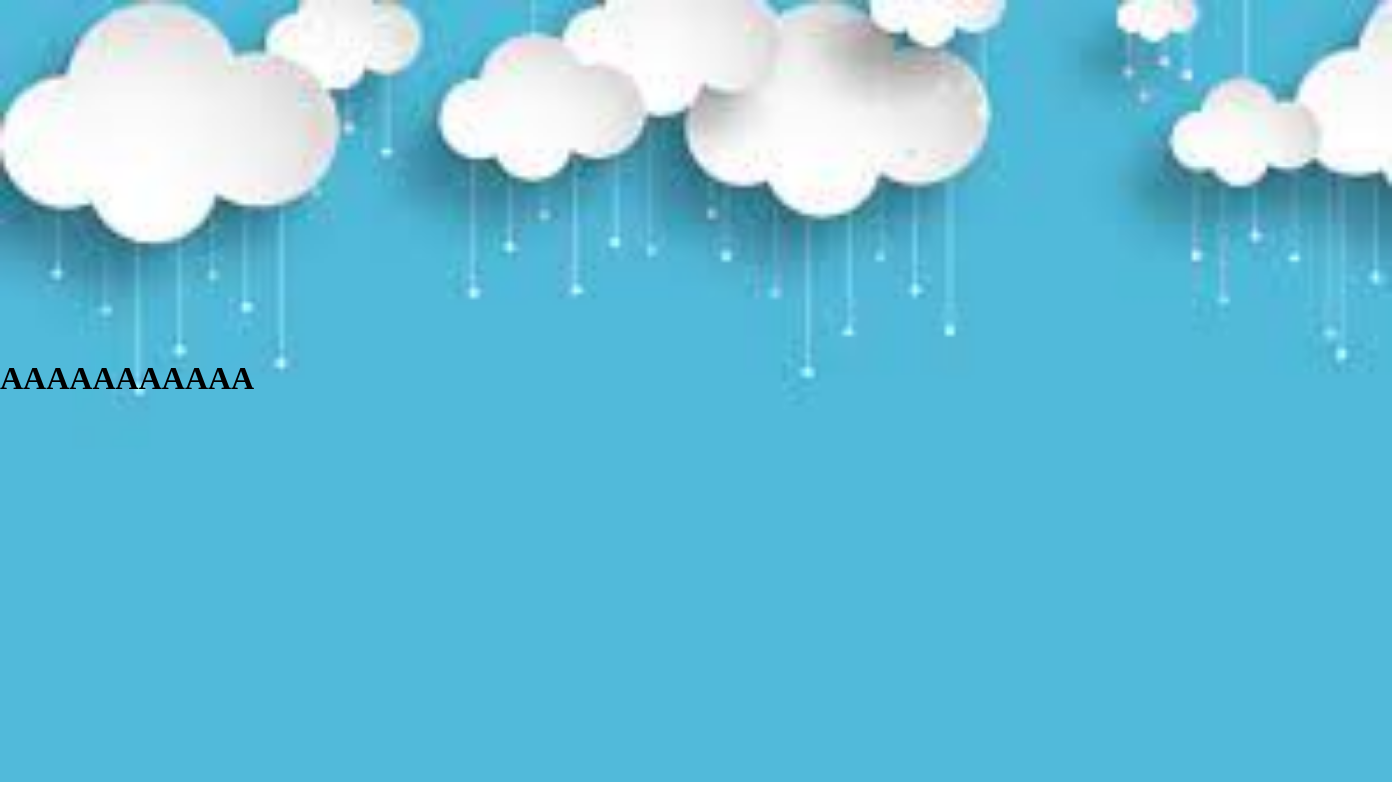
Repository: nguyenanhtuanHDU/Demo_img
Page: index.html
An editor plug-in stored every save of this project. The page is shown before and after a run of saves, followed by the edit.
The browser window is 1280 px wide. The page is 1392 px wide, so the pictures cover 1392 px, including what lies to the right of the window. The pictures show the whole page.

Above is the page before, as saved 2022-02-08 08:41:53.

After the next 3 saves:
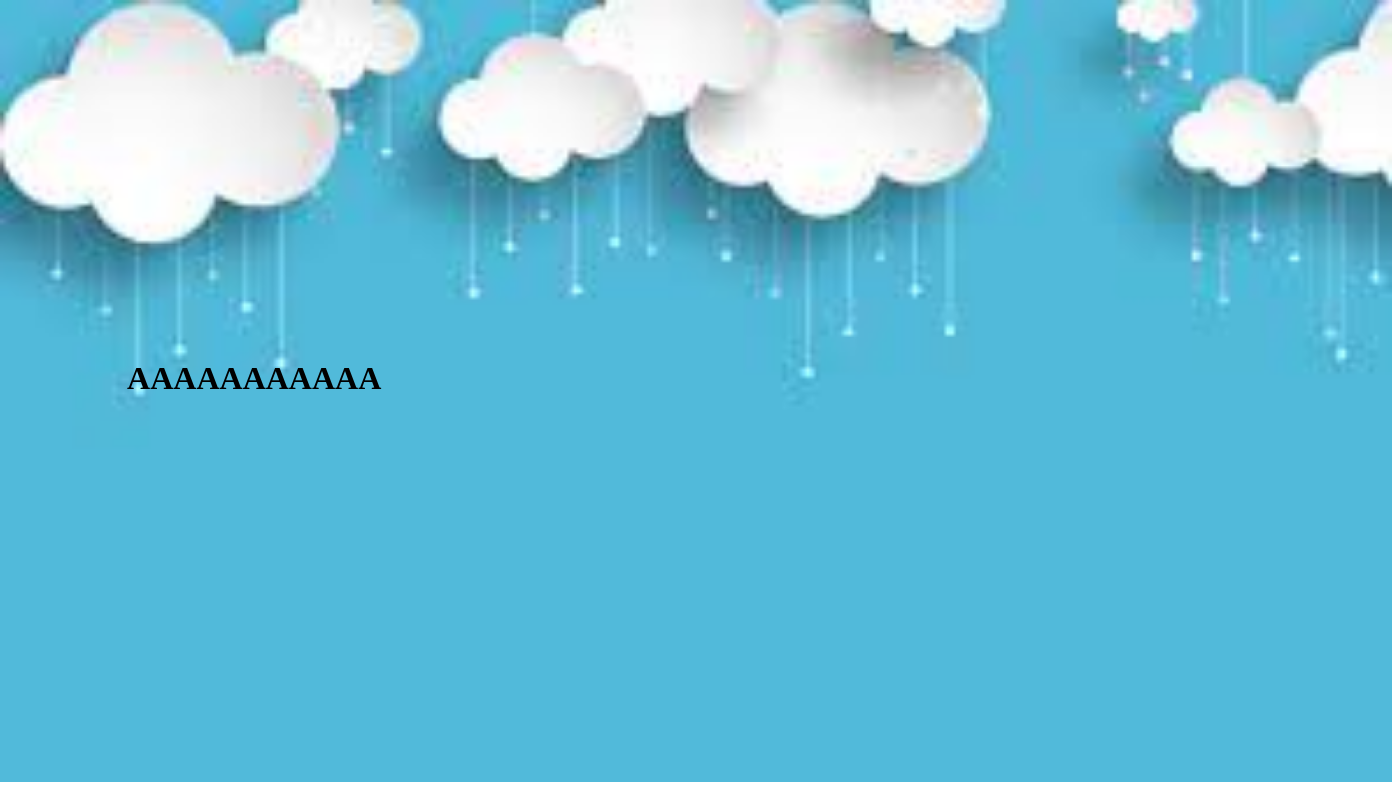
The 3 saves are shown as one change because they came seconds apart.
The last was saved 10 s later.
--- a/assets/style.css
+++ b/assets/style.css
@@ -11,4 +11,5 @@
 .content_heading{
     position: absolute;
     top: 50%;
+    transform: translateX(50%);
 }
